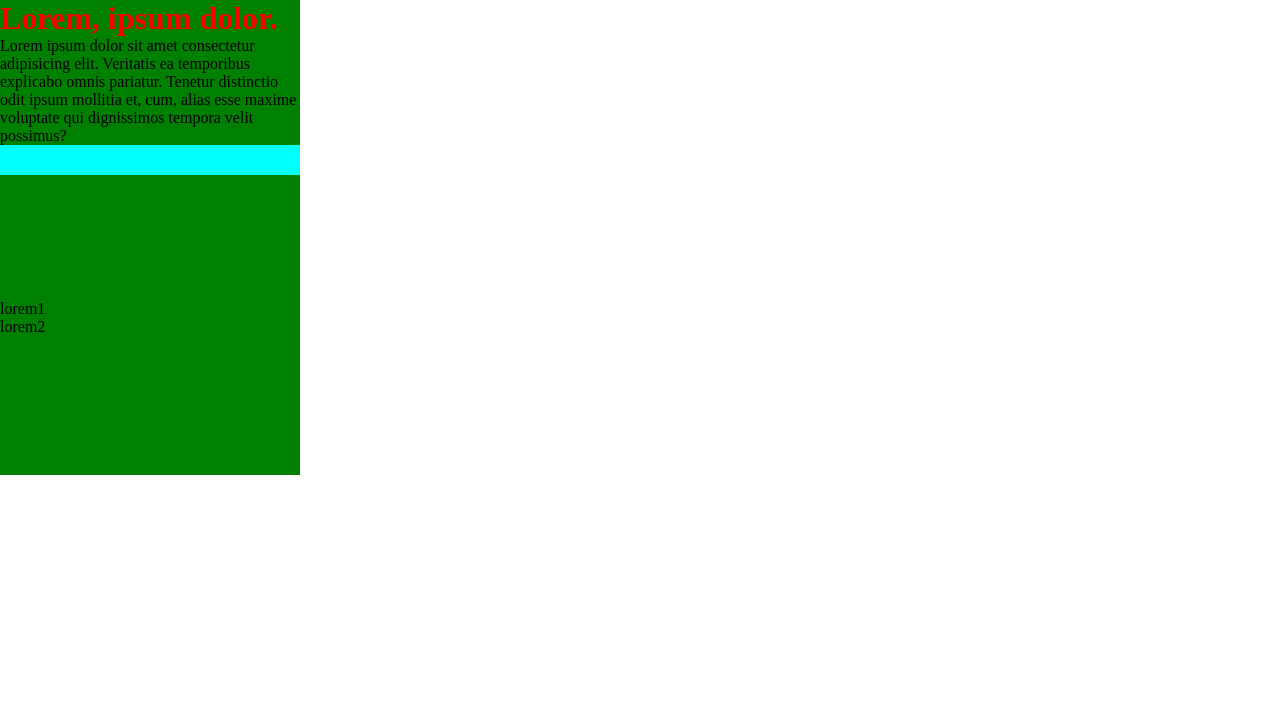
Repository: AytacSafarova/Scss-sample
Page: pages/homePage/index.html
The author's editor kept a copy of each file at every save. The page is drawn from the files as they stood at one save, then again after a run of saves.
The browser window is 1280 px wide. The pictures show the whole page.
The style sheet was rebuilt from its Sass, Less or Tailwind sources for each picture, by a compiler version that may differ from the author's.

Above is the page before, as saved 2023-11-09 14:25:40.

After the next 2 saves:
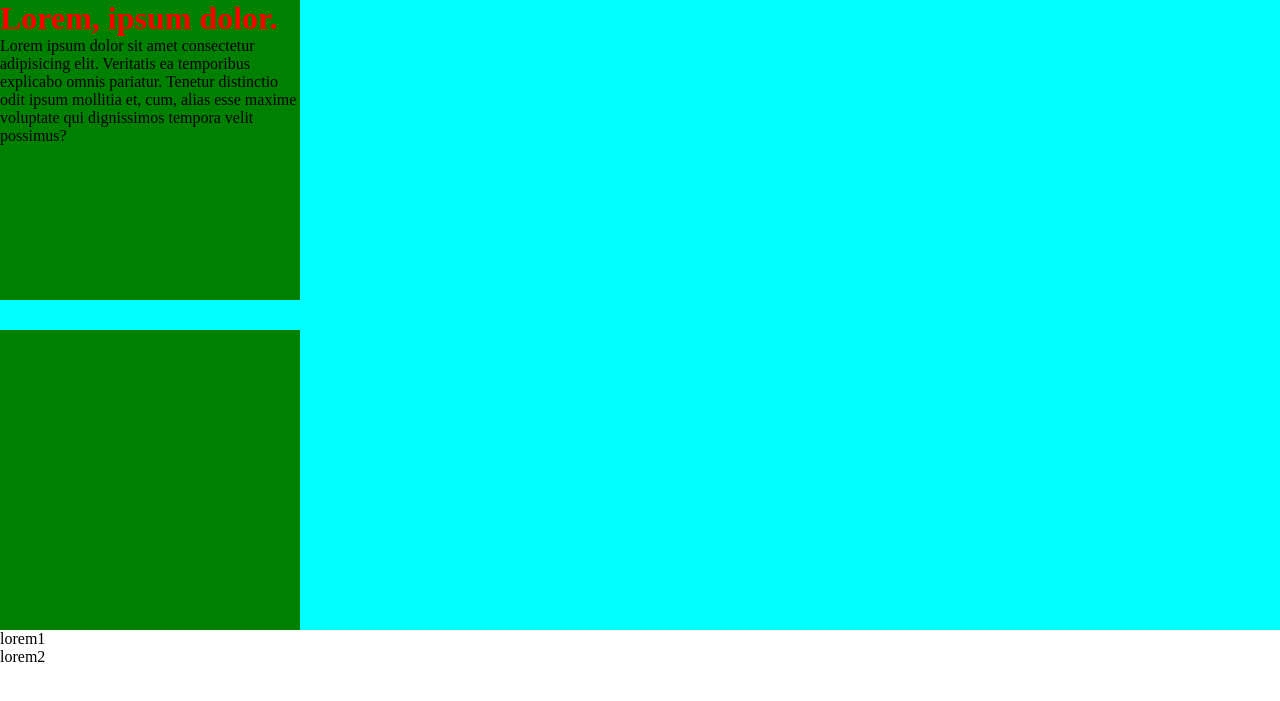
The 2 saves are shown as one change because they came seconds apart.
The last was saved 29 s later.
--- a/pages/homePage/index.scss
+++ b/pages/homePage/index.scss
@@ -7,9 +7,10 @@ $boxColor:green;
     height: 300px;
 }
 .container {
- @include box-size;
+
   background-color: aqua;
   .child {
+    @include box-size;
     background-color: $boxColor;
     h1 {
       color: red;
